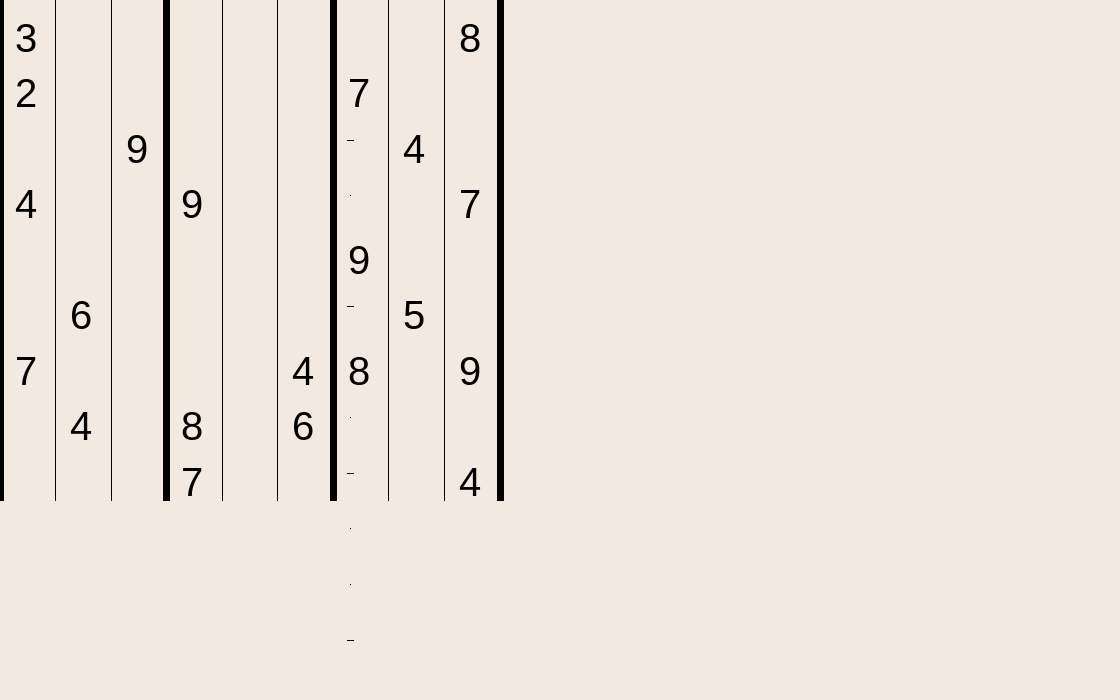
Repository: JensVL96/Puzzle-solver-for-fun
Script's output: python sudoku.py
These files come from the project's save history. The script's output is drawn as it stood at one moment and after the next save; the edit follows.
The window is shown after at most 60 frames with no key pressed. A system font it names is replaced by a similar one. Random numbers start from a fixed seed.

Above is the script's output before, as saved 2020-10-30 01:29:41.

### sudoku.py
# -*- coding: utf-8 -*-
from __future__ import print_function
import pygame as pg
from random import sample
from config import *
from string import *
import numpy as np

dif = BOX_SIZE / 9
def get_cord(pos):
    global x
    x = pos[0]//dif
    global y
    y = pos[1]//dif

class create_board():
    def __init__(self):
        self.base  = 3  # Will generate any size of random sudoku board in O(n^2) time
        self.side  = self.base * self.base
        self.nums  = sample(range(1, self.side + 1), self.side) # random numbers
        self.board = [[self.nums[(self.base * (r%self.base) + r//self.base + c)%self.side] for c in range(self.side) ] for r in range(self.side)]
        rows  = [ r for g in sample(range(self.base),self.base) for r in sample(range(g * self.base,(g + 1) * self.base), self.base) ]
        cols  = [ c for g in sample(range(self.base),self.base) for c in sample(range(g * self.base,(g + 1) * self.base), self.base) ]
        self.board = [[self.board[r][c] for c in cols] for r in rows]

        # print("\nInput:")
        # for line in self.board: print(line)

        squares = self.side * self.side
        empties = squares * 3//4
        for p in sample(range(squares),empties):
            self.board[p//self.side][p%self.side] = 0

        self.lines()

    def expandLine(self, line):
        return line[0]+line[5:9].join([line[1:5]*(self.base-1)]*self.base)+line[9:13]

    def lines(self):
        self.line0  = self.expandLine("╔═══╤═══╦═══╗")
        self.line1  = self.expandLine("║ . │ . ║ . ║")
        self.line2  = self.expandLine("╟───┼───╫───╢")
        self.line3  = self.expandLine("╠═══╪═══╬═══╣")
        self.line4  = self.expandLine("╚═══╧═══╩═══╝")

        self.draw()

    def draw(self):
        symbol = " 1234567890ABCDEFGHIJKLMNOPQRSTUVWXYZ"
        self.nums   = [ [""]+[symbol[n] for n in row] for row in self.board ]
        print(self.line0)
        for r in range(1,self.side+1):
            print( "".join(n+s for n,s in zip(self.nums[r-1],self.line1.split("."))) )
            print([self.line2,self.line3,self.line4][(r%self.side==0)+(r%self.base==0)])

class solve_board():
    def __init__(self, board):
        self.row = []
        self.col = []
        self.cell = []
        self.row_list = []
        self.col_list = []
        self.cell_list = []

        for space in range(9):
            self.col.append([])
            self.cell.append([])

        row_idx = 0
        for line in board:

            self.row.append(line)

            cell_idx = 0
            if row_idx >= 3:
                cell_idx = 3
            if row_idx >= 6:
                cell_idx = 6


            for col_idx in range(9):

                self.col[col_idx].insert(row_idx, line[col_idx])

                if col_idx % 3 == 0:
                    for triple in range(0, 3):
                        self.cell[cell_idx].insert(len(self.cell[row_idx]) + triple, line[col_idx + triple])
                    cell_idx += 1

            self.row_list.append(self.row)
            self.col_list.append(self.col)
            self.cell_list.append(self.cell)
            row_idx += 1

        print("\nrow:")
        for row in self.row_list[0]:
            print(row)
        # print("\ncolumn:")
        # for col in self.col_list[0]:
        #     print(col)
        # print("\ncell:")
        # for cell in self.cell_list[0]:
        #     print(cell)

    def assign_flags(self, board):
        self.flags = []
        row_idx = 0
        cell_idx = 0

        print("\n")
        for line in board:
            cell_idx = 0
            if row_idx >= 3:
                cell_idx = 3
            if row_idx >= 6:
                cell_idx = 6

            for index in range(9):
                # print("position: ", index, "value: ", line[index])

                # print("row", row_idx, "col", index, "cell", cell_idx)
                if (index % 3 == 0 and index != 0):
                    cell_idx += 1

                if line[index] == 0:
                    flag_idx = 0
                    temp_flag = []
                    for value in range(1, 10):
                        # print(value)
                        if self.row_flag(value, row_idx):
                            # print("found in row")
                            pass
                        elif self.col_flag(value, index):
                            # print("found in column")
                            pass
                        elif self.cell_flag(value, cell_idx):
                            # print("found in cell")
                            pass
                        else:
                            temp_flag.append(value)
                            flag_idx += 1
                    print(temp_flag)
                    self.flags.append(temp_flag)
            row_idx += 1

    def check_row(self):
        pass

    def column(self, x):
        pass

    def cell(self, row, col):
        pass

    def row_flag(self, index, row_idx):
        for row in self.row_list[0][row_idx]:
            # print("comparing in row ", row, "with ", index, "row_idx ", row_idx)
            if row == index:
                return 1
        return 0

    def col_flag(self, index, col_idx):
        for col in self.col_list[0][col_idx]:
            # print("comparing in column ", col, "with ", index, "col_idx ", col_idx)
            if col == index:
                return 1
        return 0

    def cell_flag(self, index, cell_idx):
        for cell in self.cell_list[0][cell_idx]:
            # print("comparing in cell ", cell, "with ", index, "cell_idx ", cell_idx)
            if cell == index:
                return 1
        return 0


class Display_board():
    def __init__(self, screen):
        self.screen = screen
        self.font1 = pg.font.SysFont("comicsans", 40)
        self.dif = 500 / 9

    def draw_val(self, val):
        text1 = self.font1.render(str(val), 1, BLACK)
        self.screen.blit(text1, (x * dif + 15, y * dif + 15))

    def on_mouse_press(self, x, y, symbol, modifier):
        pass

    def draw(self, grid):
        for i in range (9):
            for j in range (9):
                if grid[i][j] != 0:

                    text1 = self.font1.render(str(grid[i][j]), 1, BLACK)
                    self.screen.blit(text1, (i * self.dif + 15, j * self.dif + 15))

        for i in range(10):
            if i %3 == 0:
                thick = 7
            else:
                thick = 1
            pg.draw.line(self.screen, BLACK, ((SCREEN_WIDTH / 2) - (BORDER_SIZE / 2),
                                            (SCREEN_HEIGHT / 2) - (BORDER_SIZE / 2) + i * self.dif),
                                            ((SCREEN_WIDTH / 2) - (BORDER_SIZE / 2),
                                            (SCREEN_HEIGHT / 2) - (BORDER_SIZE / 2) + i * self.dif), thick)
            pg.draw.line(self.screen, BLACK, (i * self.dif, 0), (i * self.dif, 500), thick)



    def draw_box(self):
        pg.draw.rect(self.screen, BLACK, (  (SCREEN_WIDTH / 2) - (BORDER_SIZE / 2),
                                            (SCREEN_HEIGHT / 2) - (BORDER_SIZE / 2),
                                            BORDER_SIZE,
                                            BORDER_SIZE))
        pg.draw.rect(self.screen, WHITE, (  (SCREEN_WIDTH / 2) - (BOX_SIZE / 2),
                                            (SCREEN_HEIGHT / 2) - (BOX_SIZE / 2),
                                            BOX_SIZE,
                                            BOX_SIZE))

    def update(self, dt):
        pass


class Main():
    def __init__(self):
        self.board = []
        self.run()

    def run(self):
        pg.init()
        self.screen = pg.display.set_mode(SCREEN_RES)
        pg.display.set_caption('Sudoku solver')

        display = Display_board(self.screen)

        flag1 = 0
        val = 0

        self.board = create_board().board
        while 1:
            for event in pg.event.get():
                if event.type == pg.QUIT or (event.type == pg.KEYDOWN and event.key == pg.K_ESCAPE):
                    exit()
                if event.type == pg.MOUSEBUTTONDOWN:
                    flag1 = 1
                    pos = pg.mouse.get_pos()
                if event.type == pg.KEYDOWN:
                    if event.key == pg.K_1:
                        val = 1
                    if event.key == pg.K_2:
                        val = 2
                    if event.key == pg.K_3:
                        val = 3
                    if event.key == pg.K_4:
                        val = 4
                    if event.key == pg.K_5:
                        val = 5
                    if event.key == pg.K_6:
                        val = 6
                    if event.key == pg.K_7:
                        val = 7
                    if event.key == pg.K_8:
                        val = 8
                    if event.key == pg.K_9:
                        val = 9

            if val != 0:
                display.draw_val(val)

                if valid(grid, int(x), int(y), val) == True:
                    grid[int(x)][int(y)] = val
                else:
                    grid[int(x)][int(y)] = 0
                    raise_error2()
                val = 0

            pg.draw.rect(self.screen, BLACK, (0, 0, self.screen.get_width(), self.screen.get_height()))
            self.screen.fill(BEIGE)

            display.draw(self.board)
            # display.draw_box()

            pg.display.update()


        self.solution = solve_board(self.board)

        self.solution.assign_flags(self.board)

if __name__ == '__main__':
    Main()

### config.py


#   Screen info
SCREEN_HEIGHT = 700
SCREEN_WIDTH = int(SCREEN_HEIGHT * 1.6)
SCREEN_RES = (SCREEN_WIDTH, SCREEN_HEIGHT)

#   Colours
BLACK = (0,0,0)
GREY = (50,50,50)
GREEN = (0,255,0)
WHITE = (255,255,255)
BEIGE = (242,234,224)

# Box info
BORDER_SIZE = 420
BOX_SIZE = 410

After the next save:
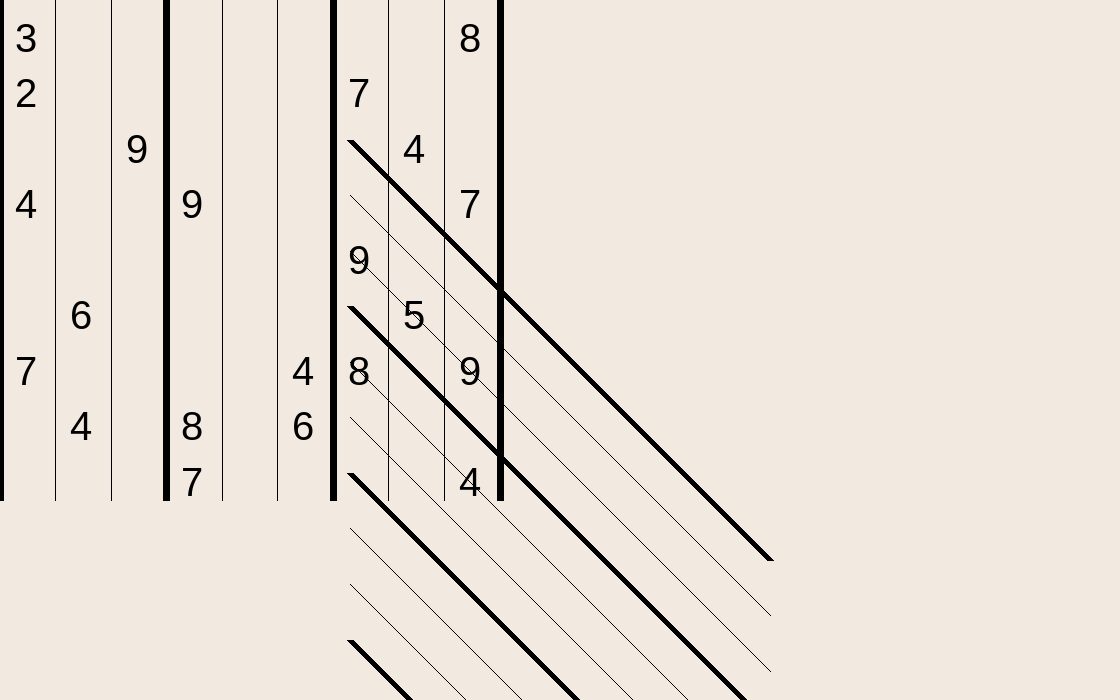
Saved 31 s later.
--- a/sudoku.py
+++ b/sudoku.py
@@ -202,8 +202,8 @@
                 thick = 1
             pg.draw.line(self.screen, BLACK, ((SCREEN_WIDTH / 2) - (BORDER_SIZE / 2),
                                             (SCREEN_HEIGHT / 2) - (BORDER_SIZE / 2) + i * self.dif),
-                                            ((SCREEN_WIDTH / 2) - (BORDER_SIZE / 2),
-                                            (SCREEN_HEIGHT / 2) - (BORDER_SIZE / 2) + i * self.dif), thick)
+                                            ((SCREEN_WIDTH / 2) + (BORDER_SIZE / 2),
+                                            (SCREEN_HEIGHT / 2) + (BORDER_SIZE / 2) + i * self.dif), thick)
             pg.draw.line(self.screen, BLACK, (i * self.dif, 0), (i * self.dif, 500), thick)
 
 

After the save that followed:
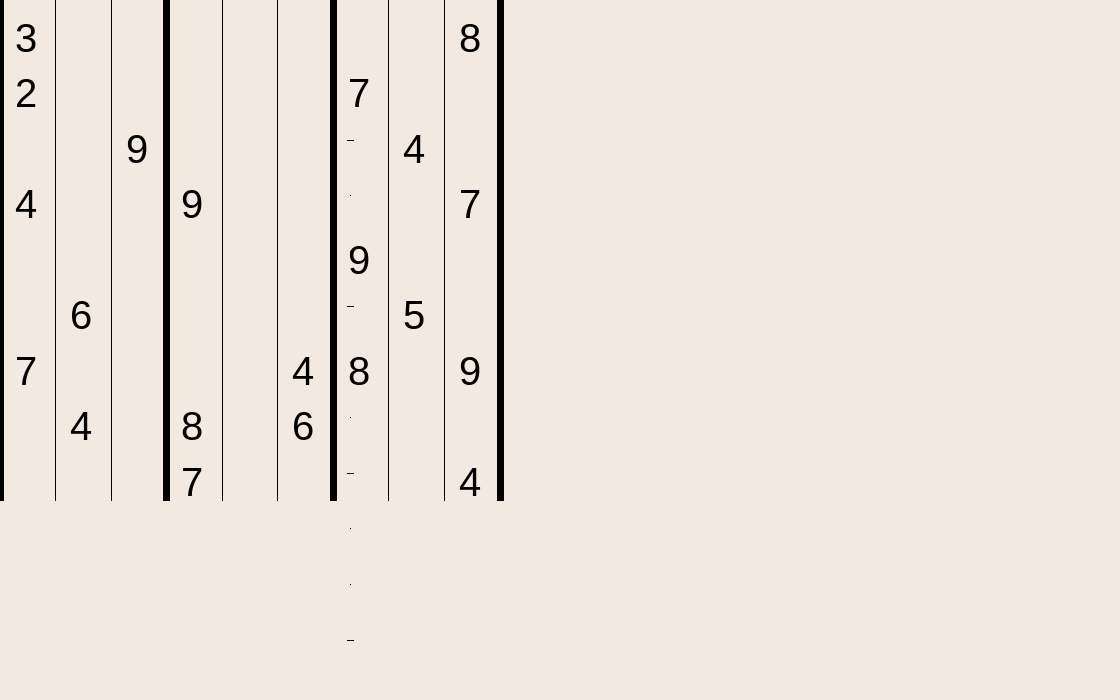
Saved 19 s later.
--- a/sudoku.py
+++ b/sudoku.py
@@ -202,8 +202,8 @@
                 thick = 1
             pg.draw.line(self.screen, BLACK, ((SCREEN_WIDTH / 2) - (BORDER_SIZE / 2),
                                             (SCREEN_HEIGHT / 2) - (BORDER_SIZE / 2) + i * self.dif),
-                                            ((SCREEN_WIDTH / 2) + (BORDER_SIZE / 2),
-                                            (SCREEN_HEIGHT / 2) + (BORDER_SIZE / 2) + i * self.dif), thick)
+                                            ((SCREEN_WIDTH / 2) - (BORDER_SIZE / 2),
+                                            (SCREEN_HEIGHT / 2) - (BORDER_SIZE / 2) + i * self.dif), thick)
             pg.draw.line(self.screen, BLACK, (i * self.dif, 0), (i * self.dif, 500), thick)
 
 
